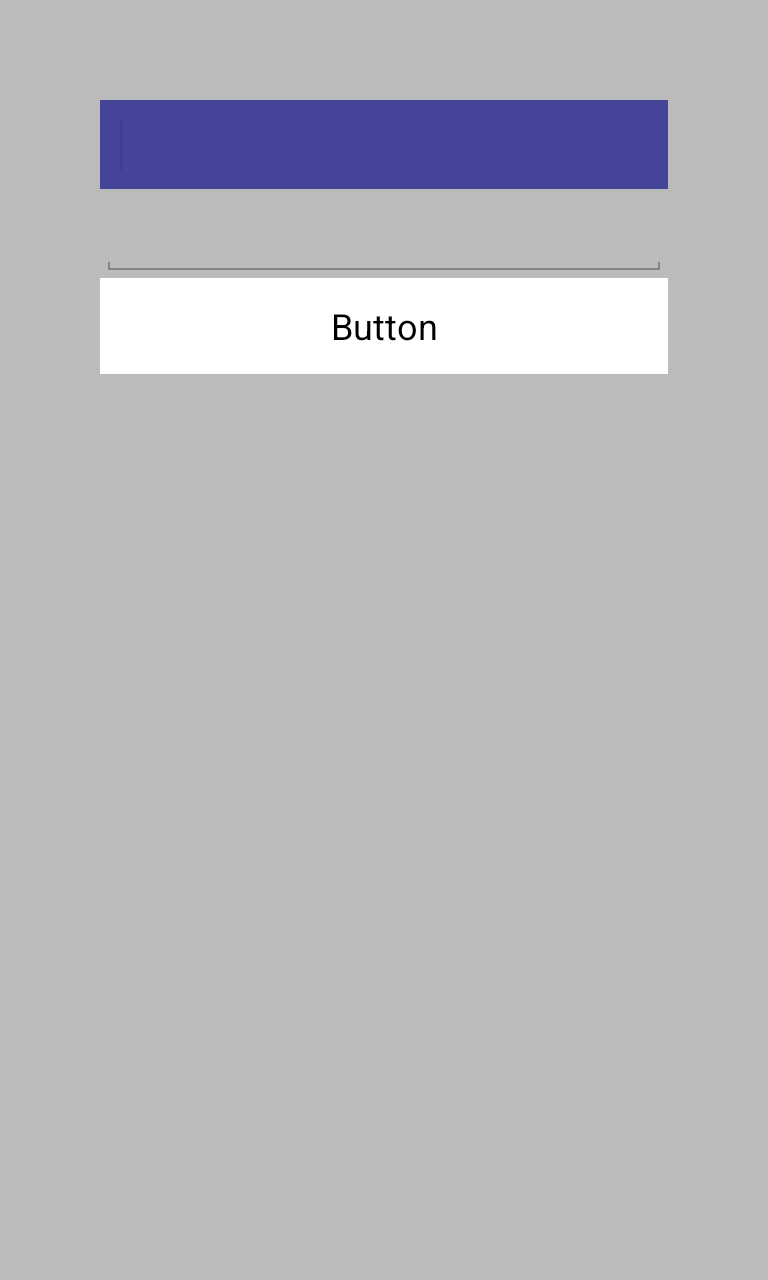
Repository: christianchi/di
Layout: 09 Drawable/UsoDrawNinePatch/res/layout/activity_main.xml
The author's editor kept a copy of each file at every save. The layout is drawn from the files as they stood at one save, then again after the next save.
It is drawn on a 768 x 1280 px phone screen (xhdpi) without system bars, with theme AppTheme; the app's code is not run.

Above is the layout before, as saved 2014-01-16 08:45:24.

After the next save:
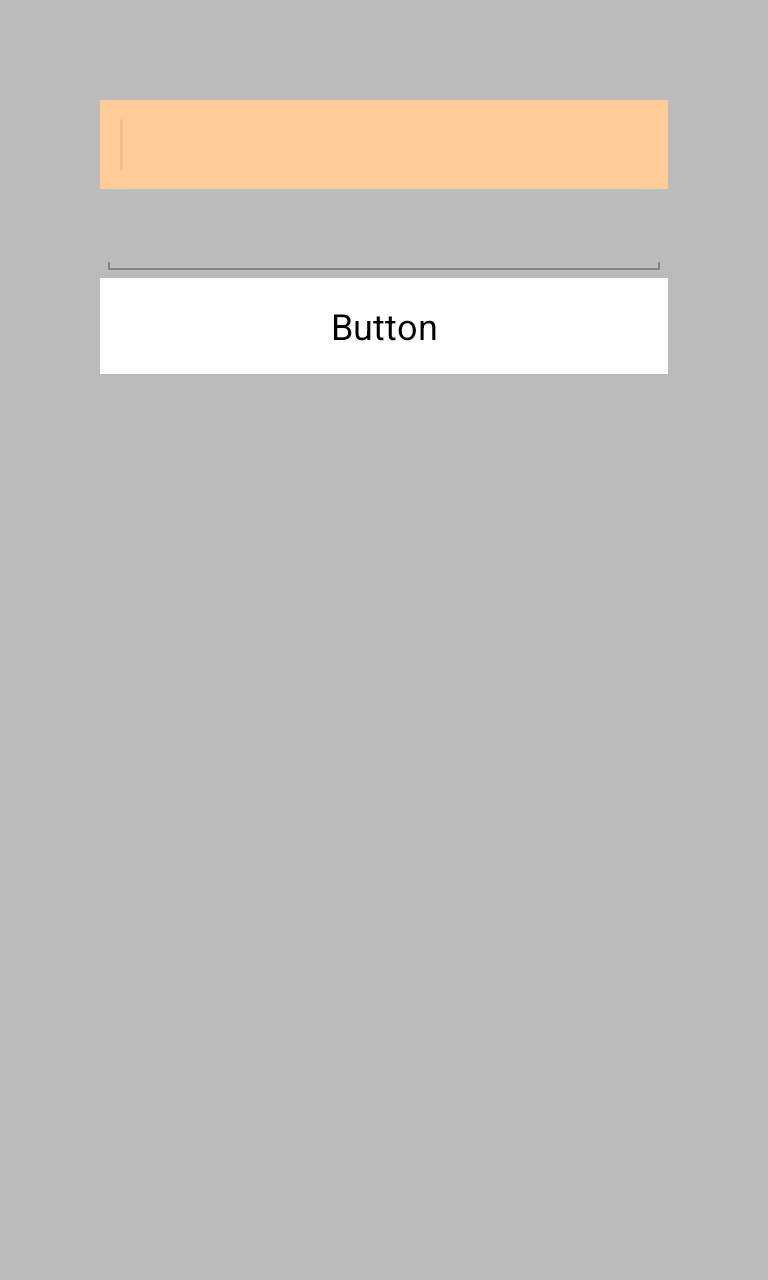
Saved 11 s later.
--- a/09 Drawable/UsoDrawNinePatch/res/layout/activity_main.xml
+++ b/09 Drawable/UsoDrawNinePatch/res/layout/activity_main.xml
@@ -9,7 +9,7 @@
         android:id="@+id/editText1"
         android:layout_width="match_parent"
         android:layout_height="wrap_content"
-        android:background="#449"
+        android:background="#fc9"
         android:ems="10"
         android:padding="10dp" >
 
